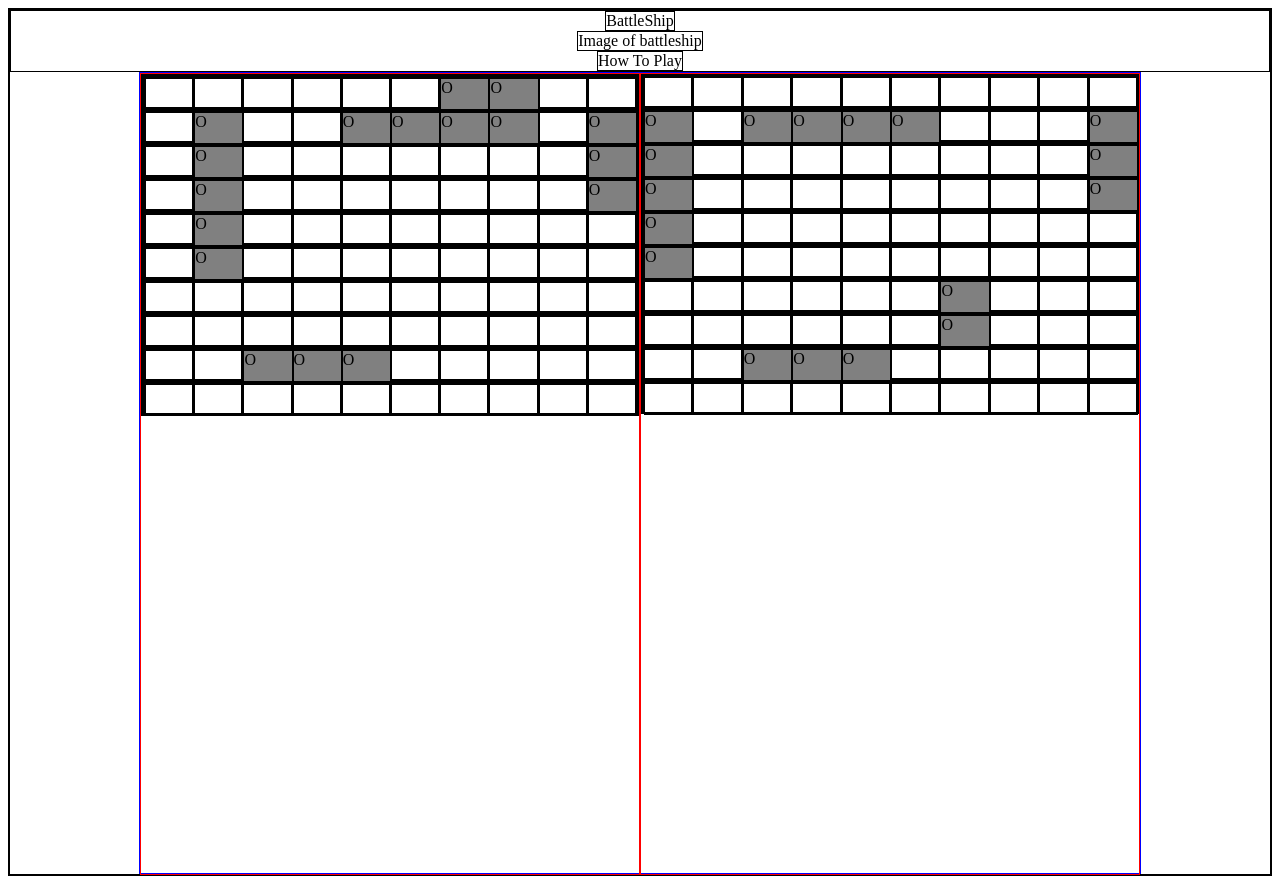
Repository: J-Haze/BattleshipApp
Page: /
These files come from the project's save history. The page is drawn as it stood at one moment and after the next save; the edit follows.
The browser window is 1280 px wide. The pictures show the whole page.
The project was rebuilt for these pictures with package versions that can differ from the ones it lists, and the page was loaded fresh each time. Also part of the build but not shown: src/index.css.

Above is the page before, as saved 2020-09-23 07:33:17.

After the next save:
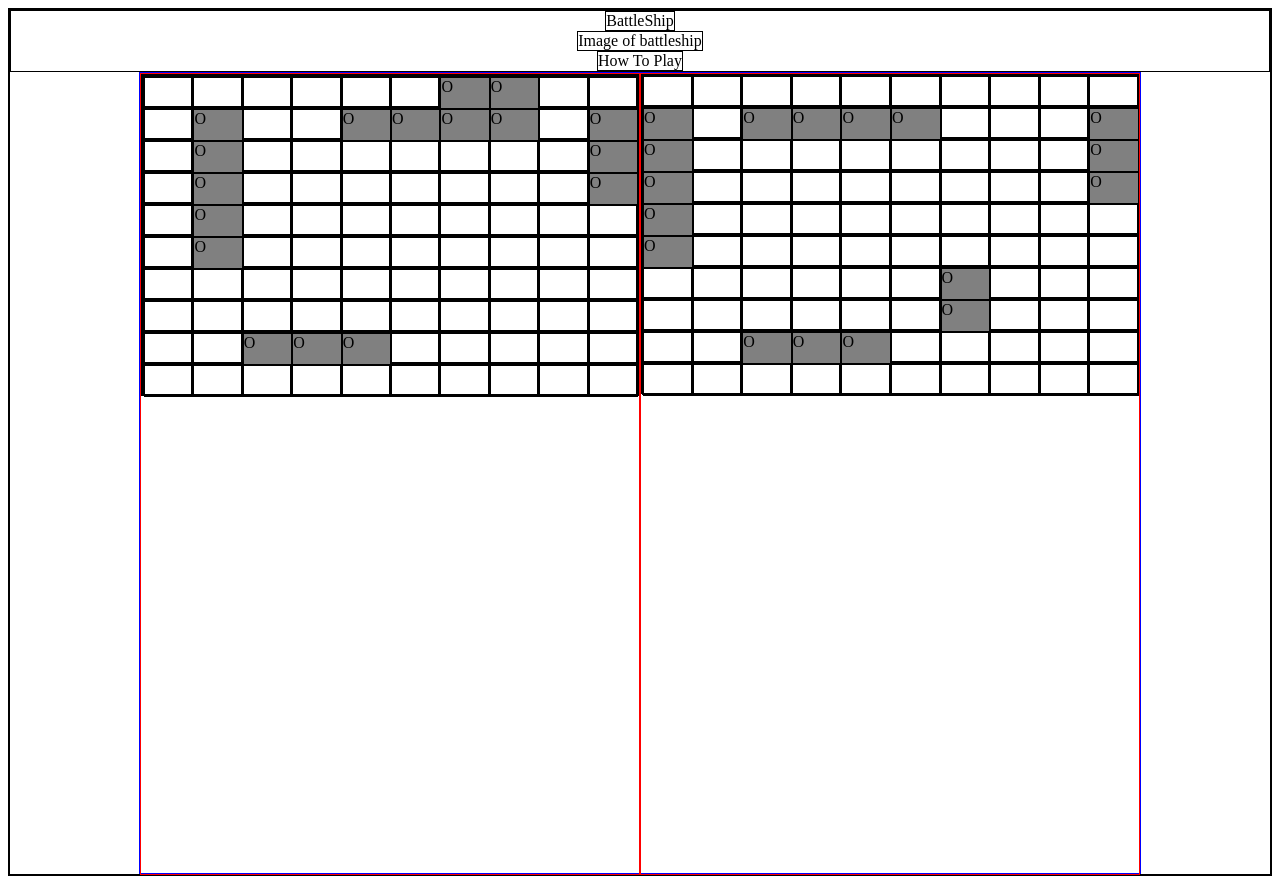
Saved 42 s later.
--- a/src/Components/Row.js
+++ b/src/Components/Row.js
@@ -20,7 +20,6 @@ function Row(props) {
         // <div className="row">
         //     {rowObj}
         // </div>
-        <div className="board">
             <div className="row">
                 {rowObj.map((square, j) => {
                     return (
@@ -35,7 +34,6 @@ function Row(props) {
                 })
                 }
             </div>
-        </div>
     )
 };
 export default Row;
